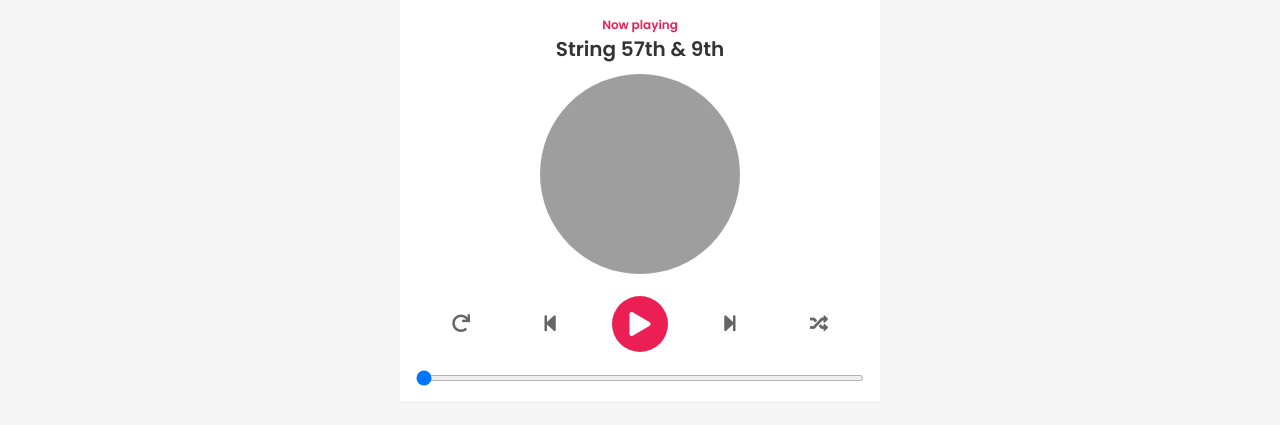
Repository: NBlue/Music_Player
Page: index.html
The author's editor kept a copy of each file at every save. The page is drawn from the files as they stood at one save, then again after the next save.
The browser window is 1280 px wide. The pictures show the whole page.
Pictures or frames that could not be fetched are drawn as grey boxes.

Above is the page before, as saved 2021-10-12 22:24:17.

### index.html
<!DOCTYPE html>
<html lang="en">
    <head>
        <meta charset="UTF-8" />
        <meta http-equiv="X-UA-Compatible" content="IE=edge" />
        <meta name="viewport" content="width=device-width, initial-scale=1.0" />
        <title>Music player</title>
        <link
            rel="stylesheet"
            href="https://cdnjs.cloudflare.com/ajax/libs/font-awesome/5.15.2/css/all.min.css"
            integrity="sha512-HK5fgLBL+xu6dm/Ii3z4xhlSUyZgTT9tuc/hSrtw6uzJOvgRr2a9jyxxT1ely+B+xFAmJKVSTbpM/CuL7qxO8w=="
            crossorigin="anonymous"
        />
        <link rel="preconnect" href="https://fonts.gstatic.com" />
        <link
            href="https://fonts.googleapis.com/css2?family=Poppins:wght@300;400;600&display=swap"
            rel="stylesheet"
        />

        <link rel="stylesheet" href="./assets/css/style.css" />
    </head>
    <body>
        <div class="player">
            <!-- Dashboard - Bảng điều khiển -->
            <div class="dashboard">
                <!-- Header -->
                <header>
                    <h4>Now playing</h4>
                    <h2>String 57th & 9th</h2>
                </header>

                <!-- CD -->
                <div class="cd">
                    <div
                        class="cd-thumb"
                        style="
                            background-image: url(https://i.ytimg.com/vi/jTLhQf5KJSc/maxresdefault.jpg);
                        "
                    ></div>
                </div>

                <!-- Control -->
                <div class="control">
                    <div class="btn btn-repeat">
                        <i class="fas fa-redo"></i>
                    </div>
                    <div class="btn btn-prev">
                        <i class="fas fa-step-backward"></i>
                    </div>
                    <div class="btn btn-toggle-play">
                        <i class="fas fa-pause icon-pause"></i>
                        <i class="fas fa-play icon-play"></i>
                    </div>
                    <div class="btn btn-next">
                        <i class="fas fa-step-forward"></i>
                    </div>
                    <div class="btn btn-random">
                        <i class="fas fa-random"></i>
                    </div>
                </div>

                <input
                    type="range"
                    id="progress"
                    class="progress"
                    value="0"
                    step="1"
                    min="0"
                    max="100"
                />

                <audio src="" id="audio"></audio>
            </div>

            <!-- Playlist -->
            <div class="playlist">
                <div class="song">
                    <div
                        class="thumb"
                        style="
                            background-image: url(https://i.ytimg.com/vi/jTLhQf5KJSc/maxresdefault.jpg);
                        "
                    ></div>
                    <div class="body">
                        <h3 class="title">Music name</h3>
                        <p class="author">Singer</p>
                    </div>
                    <div class="option">
                        <i class="fas fa-ellipsis-h"></i>
                    </div>
                </div>
                <div class="song">
                    <div
                        class="thumb"
                        style="
                            background-image: url(https://i.ytimg.com/vi/jTLhQf5KJSc/maxresdefault.jpg);
                        "
                    ></div>
                    <div class="body">
                        <h3 class="title">Music name</h3>
                        <p class="author">Singer</p>
                    </div>
                    <div class="option">
                        <i class="fas fa-ellipsis-h"></i>
                    </div>
                </div>
                <div class="song">
                    <div
                        class="thumb"
                        style="
                            background-image: url(https://i.ytimg.com/vi/jTLhQf5KJSc/maxresdefault.jpg);
                        "
                    ></div>
                    <div class="body">
                        <h3 class="title">Music name</h3>
                        <p class="author">Singer</p>
                    </div>
                    <div class="option">
                        <i class="fas fa-ellipsis-h"></i>
                    </div>
                </div>
            </div>
        </div>
    </body>
</html>

### assets/css/style.css
:root {
    --primary-color: #ec1f55;
    --text-color: #333;
}

* {
    padding: 0;
    margin: 0;
    box-sizing: inherit;
}

body {
    background-color: #f5f5f5;
}

html {
    box-sizing: border-box;
    font-family: "Poppins", sans-serif;
}

.player {
    position: relative;
    max-width: 480px;
    margin: 0 auto;
}

.player .icon-pause {
    display: none;
}

.player.playing .icon-pause {
    display: inline-block;
}

.player.playing .icon-play {
    display: none;
}

.dashboard {
    padding: 16px 16px 14px;
    background-color: #fff;
    position: fixed;
    top: 0;
    width: 100%;
    max-width: 480px;
    border-bottom: 1px solid #ebebeb;
}

/* HEADER */
header {
    text-align: center;
    margin-bottom: 10px;
}

header h4 {
    color: var(--primary-color);
    font-size: 12px;
}

header h2 {
    color: var(--text-color);
    font-size: 20px;
}

/* CD */
.cd {
    display: flex;
    margin: auto;
    width: 200px;
}

.cd-thumb {
    width: 100%;
    padding-bottom: 100%;
    border-radius: 50%;
    background-color: #333;
    background-size: cover;
    margin: auto;
}

/* CONTROL */
.control {
    display: flex;
    align-items: center;
    justify-content: space-around;
    padding: 18px 0 8px 0;
}

.control .btn {
    color: #666;
    padding: 18px;
    font-size: 18px;
}

.control .btn.active {
    color: var(--primary-color);
}

.control .btn-toggle-play {
    width: 56px;
    height: 56px;
    border-radius: 50%;
    font-size: 24px;
    color: #fff;
    display: flex;
    align-items: center;
    justify-content: center;
    background-color: var(--primary-color);
}

.progress {
    width: 100%;
    height: 6px;
}
.playlist {
}
.song {
}
.thumb {
}
.body {
}
.title {
}
.author {
}
.option {
}
.fa-ellipsis-h {
}
.btn.btn-repeat {
}
.fas.fa-redo {
}
.btn.btn-prev {
}
.fas.fa-step-backward {
}
.btn.btn-toggle-play {
}
.fas.fa-pause.icon-pause {
}
.fas.fa-play.icon-play {
}
.btn.btn-next {
}
.fas.fa-step-forward {
}
.btn.btn-random {
}
.fas.fa-random {
}
.fas.fa-ellipsis-h {
}

After the next save:
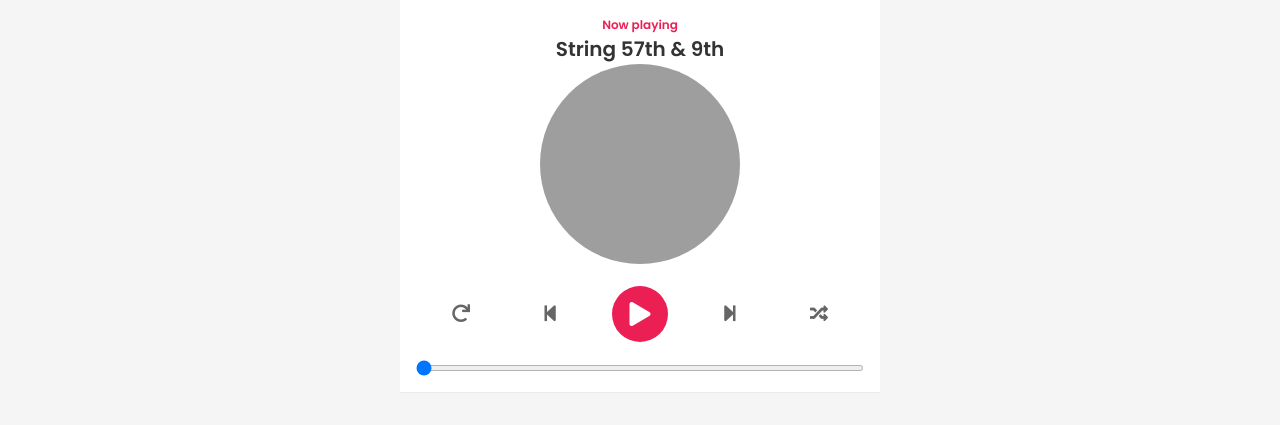
Saved 8 min 7 s later.
--- a/assets/css/style.css
+++ b/assets/css/style.css
@@ -49,7 +49,7 @@
 /* HEADER */
 header {
     text-align: center;
-    margin-bottom: 10px;
+    border-bottom: 10px;
 }
 
 header h4 {

After the save that followed:
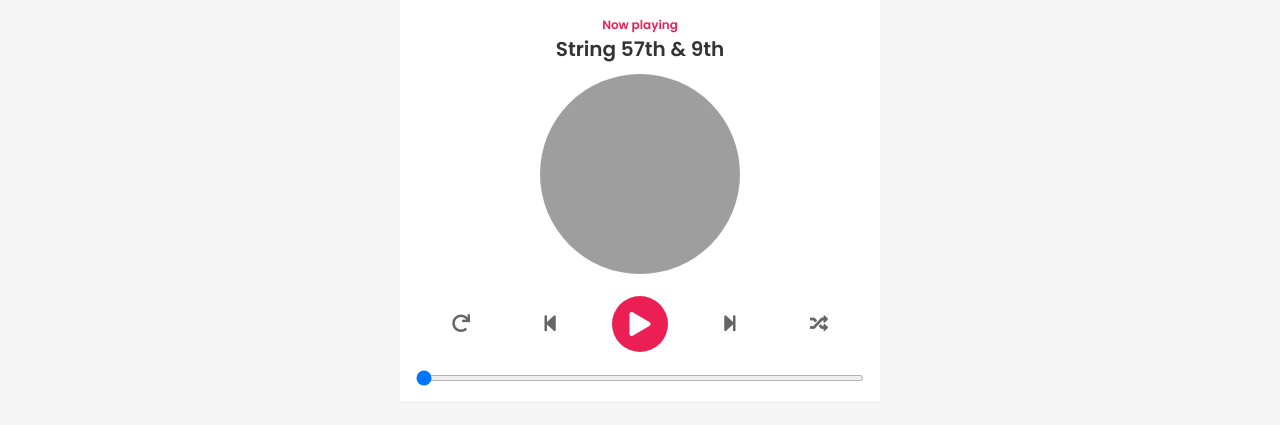
Saved 38 s later.
--- a/assets/css/style.css
+++ b/assets/css/style.css
@@ -49,7 +49,7 @@
 /* HEADER */
 header {
     text-align: center;
-    border-bottom: 10px;
+    margin-bottom: 10px;
 }
 
 header h4 {
